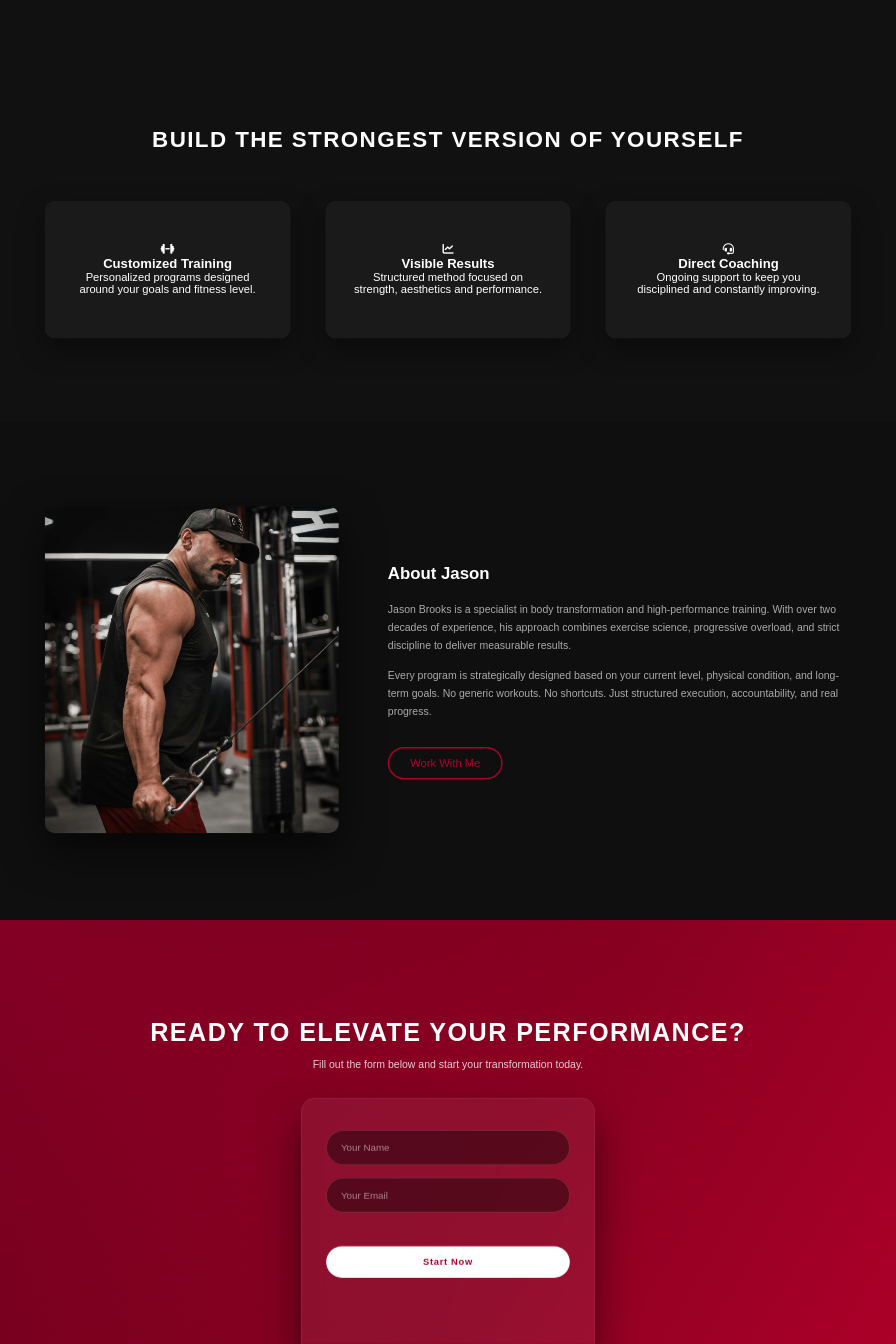
Repository: davidfsillva/Jason-Brooks
Page: index.html
An editor plug-in stored every save of this project. The page is shown before and after the next save, followed by the edit.
The browser window is 1280 px wide. The pictures show the part of the page from y = 916 to 2836 px (the page is 3072 px tall), at 70% of full size.
Some web fonts or font styles are not loaded; a fallback is used.

Above is the page before, as saved 2026-02-21 18:18:18.

### index.html
<!DOCTYPE html>
<html lang="en">
<head>
    <!-- META SEO -->
    <meta charset="UTF-8">
    <meta name="viewport" content="width=device-width, initial-scale=1.0">

    <title>Axon Performance | Personal Trainer</title>
    <meta name="description" content="Personal trainer focused on performance, aesthetics and real physical transformation. Customized training programs for serious results.">

    <!-- Open Graph -->
    <meta property="og:title" content="Axon Performance | Personal Trainer">
    <meta property="og:description" content="Customized training programs focused on performance and transformation.">
    <meta property="og:type" content="website">
    <meta property="og:image" content="https://yourdomain.com/preview.jpg">

    <!-- Font Awesome (removido duplicado) -->
    <link rel="stylesheet" href="https://cdnjs.cloudflare.com/ajax/libs/font-awesome/6.5.1/css/all.min.css">

    <!-- Canonical -->
    <link rel="canonical" href="https://yourdomain.com/">

    <!-- CSS -->
    <link rel="stylesheet" href="style.css">

    <!-- JS -->
    <script src="script.js" defer></script>
</head>

<body>

    <!-- ================= HEADER ================= -->
    <header class="header">
        <div class="container nav-container">
            <div class="logo">JASON BROOKS </div>

            <nav class="nav" id="nav">
                <a href="#home" class="active">Home</a>
                <a href="#benefits">Benefits</a>
                <a href="#about">About</a>
                <a href="#contact">Contact</a>
            </nav>

            <button
                class="menu-toggle"
                id="menu-toggle"
                aria-label="Toggle navigation menu"
                aria-expanded="false">

                <span class="hamburger">
                    <span></span>
                    <span></span>
                    <span></span>
                </span>

            </button>
        </div>
    </header>

    <!-- ================= HERO ================= -->
    <section class="hero" id="home">

        <div class="hero-overlay"></div>

        <div class="hero-content">

            <h1>PERSONAL<br>TRAINER</h1>

            <p class="hero-small">Where Discipline Meets Performance</p>

            <p class="hero-sub">Elite Personal Training Experience</p>
            <a href="#" class="btn-primary">Start Now</a>
        </div>

    </section>

    <!-- ================= STATS ================= -->
    <section class="stats">
        <div class="container stats-grid">
            <div class="stat-item">
                <h3>+150</h3>
                <p>Clients Transformed</p>
            </div>
            <div class="stat-item">
                <h3>25+</h3>
                <p>Years Experience</p>
            </div>
            <div class="stat-item">
                <h3>100%</h3>
                <p>Commitment to Results</p>
            </div>
        </div>
    </section>

    <!-- ================= BENEFITS ================= -->
    <section class="benefits" id="benefits">
        <div class="container">
            <h2 class="section-title fade-in">Build the Strongest Version of Yourself</h2>

            <div class="benefits-grid">

                <div class="benefit-card fade-in">
                    <i class="fa-solid fa-dumbbell"></i>
                    <h3>Customized Training</h3>
                    <p>Personalized programs designed around your goals and fitness level.</p>
                </div>

                <div class="benefit-card fade-in">
                    <i class="fa-solid fa-chart-line"></i>
                    <h3>Visible Results</h3>
                    <p>Structured method focused on strength, aesthetics and performance.</p>
                </div>

                <div class="benefit-card fade-in">
                    <i class="fa-solid fa-headset"></i>
                    <h3>Direct Coaching</h3>
                    <p>Ongoing support to keep you disciplined and constantly improving.</p>
                </div>

            </div>
        </div>
    </section>

    <!-- ================= ABOUT ================= -->
    <section class="about" id="about">
        <div class="container about-container fade-in">

            <div class="about-image">
                <img src="img/hero2.webp" alt="Professional personal trainer coaching client">
            </div>

            <div class="about-text">
                <h2>About Jason </h2>
                <p>
                    Jason Brooks is a specialist in body transformation and high-performance training.
                    With over two decades of experience, his approach combines exercise science,
                    progressive overload, and strict discipline to deliver measurable results.
                </p>
                <p>
                    Every program is strategically designed based on your current level,
                    physical condition, and long-term goals. No generic workouts. No shortcuts.
                    Just structured execution, accountability, and real progress.
                </p>
                <a href="#contact" class="btn-secondary">Work With Me</a>
            </div>

        </div>
    </section>

    <!-- ================= CTA ================= -->
    <section class="cta" id="contact">
        <div class="container fade-in">
            <h2>Ready to Elevate Your Performance?</h2>
            <p>Fill out the form below and start your transformation today.</p>

            <form id="contact-form" class="contact-form" novalidate>
                <input
                    type="text"
                    id="name"
                    placeholder="Your Name"
                    required
                    aria-label="Your Name">

                <input
                    type="email"
                    id="email"
                    placeholder="Your Email"
                    required
                    aria-label="Your Email">

                <button type="submit" class="btn-primary">
                    Start Now
                </button>

                <p id="form-message" role="alert"></p>
            </form>
        </div>
    </section>

    <!-- ================= FOOTER ================= -->
    <footer class="footer">
        <p>© 2026 Jason Brooks - All Rights Reserved</p>
    </footer>

</body>
</html>

### style.css
/* ================= FONT ================= */
@font-face {
    font-family: 'TT Answer';
    src: url('fonts/TTAnswer-Regular.woff2') format('woff2');
    font-weight: 400;
    font-style: normal;
}

@font-face {
    font-family: 'TT Answer';
    src: url('fonts/TTAnswer-Medium.woff2') format('woff2');
    font-weight: 500;
    font-style: normal;
}

@font-face {
    font-family: 'TT Answer';
    src: url('fonts/TTAnswer-Bold.woff2') format('woff2');
    font-weight: 700;
    font-style: normal;
}


/* ================= DESIGN SYSTEM ================= */
:root {
    --primary: #b0002a;
    --primary-light: #d32525;
    --dark: #0f0f0f;
    --dark-light: #1a1a1a;
    --text: #ffffff;
    --text-muted: #aaaaaa;
    --radius: 14px;
    --transition: 0.3s ease;
}


/* ================= RESET ================= */
* {
    margin: 0;
    padding: 0;
    box-sizing: border-box;
}

body {
    font-family: 'TT Answer', sans-serif;
    background: var(--dark);
    color: var(--text);
    scroll-behavior: smooth;
    -webkit-font-smoothing: antialiased;

}

.container {
    width: 90%;
    max-width: 1200px;
    margin: auto;
}


/* ================= HEADER ================= */
header {
    position: fixed;
    top: 0;
    left: 0;
    width: 100%;
    padding: 20px 0;
    background: transparent;
    z-index: 10;
    transition: 0.3s ease;

}

.nav-container {
    display: flex;
    justify-content: space-between;
    align-items: center;
}

.logo {
    font-size: 20px;
    font-weight: 700;
    letter-spacing: 6px;
    text-transform: uppercase;
}

/* ================= MENU PILL ================= */
.nav {
    display: flex;
    align-items: center;
    padding: 6px;
    border-radius: 40px;
    background: rgba(255,255,255,0.08);
    backdrop-filter: blur(12px);
    border: 1px solid rgba(255,255,255,0.15);
}

.nav a {
    text-decoration: none;
    color: white;
    font-size: 13px;
    font-weight: 500;
    padding: 8px 18px;
    border-radius: 30px;
    transition: 0.3s ease;
}

.nav a.active {
    background: rgba(255, 255, 255, 0.185);
    color: white;
}

.nav a:hover {
    color: var(--primary-light);
}

.menu-toggle {
    display: none;
    font-size: 26px;
    cursor: pointer;
}

.header.scrolled {
    background: rgba(0,0,0,0.85);
    padding: 15px 0;
}

/* ================= HAMBURGER PREMIUM ================= */

.menu-toggle {
    background: none;
    border: none;
    cursor: pointer;
    display: none;
    z-index: 1100;
}

.hamburger {
    width: 28px;
    height: 20px;
    position: relative;
    display: flex;
    flex-direction: column;
    justify-content: space-between;
    transition: 0.4s ease;
}

.hamburger span {
    height: 2px;
    width: 100%;
    background: var(--text);
    border-radius: 2px;
    transition: 0.4s ease;
    transform-origin: center;
}

/* ================= ANIMAÇÃO ATIVO ================= */

.menu-toggle.active .hamburger {
    transform: rotate(180deg);
}

.menu-toggle.active .hamburger span:nth-child(1) {
    transform: translateY(9px) rotate(45deg);
}

.menu-toggle.active .hamburger span:nth-child(2) {
    opacity: 0;
}

.menu-toggle.active .hamburger span:nth-child(3) {
    transform: translateY(-9px) rotate(-45deg);
}



/* ================= HERO ================= */
.hero {
    min-height: 100vh;
    width: 100%;
    position: relative;
    display: flex;
    align-items: center;
    justify-content: flex-start;
    padding: 0 8%;
    overflow: hidden;

    background: url("img/herodes2.webp") right center / cover no-repeat;
    animation: heroZoom 8s ease-out forwards;
}

@keyframes heroZoom {
    from {
        background-size: 105%;
    }
    to {
        background-size: 100%;
    }
}

.hero-overlay {
    position: absolute;
    inset: 0;
    z-index: 1;

    background:
        linear-gradient(
            90deg,
            rgba(0,0,0,0.85) 0%,
            rgba(0,0,0,0.75) 35%,
            rgba(0,0,0,0.4) 60%,
            rgba(0,0,0,0.1) 80%,
            rgba(0,0,0,0) 100%
        );
}

/* ================= HERO ANIMATION ================= */

.hero-content {
    position: relative;
    z-index: 2;
}

@keyframes heroReveal {
    to {
        opacity: 1;
        transform: translateY(0);
    }
}

.hero-content h1 {
    font-size: 85px;
    line-height: 1.05;
    animation: glowPulse 3s ease-in-out infinite alternate;
    margin-bottom: 35px;

}

@keyframes glowPulse {
    from {
        text-shadow: 0 0 10px rgba(255,255,255,0.1);
    }
    to {
        text-shadow: 0 0 25px rgba(255,255,255,0.35);
    }
}

.hero-small {
    font-size: 13px;
    letter-spacing: 4px;
    text-transform: uppercase;
    margin-top: 10px;
    margin-bottom: 30px;
    opacity: 0.85;
}


.hero-sub {
    margin: 25px 0;
    font-size: 15px;
    font-weight: 400;
    opacity: 0.9;
}

.hero-image-side {
    flex: 1;
    display: flex;
    justify-content: flex-end;
    align-items: center; /* centraliza verticalmente */
    padding-right: 70px;
}

.hero-image-side img {
    width: 95%;
    max-width: 480px;

    -webkit-mask-image: linear-gradient(
        135deg,
        transparent 0%,
        black 40%,
        black 60%,
        transparent 100%
    );

    mask-image: linear-gradient(
        135deg,
        transparent 0%,
        black 40%,
        black 60%,
        transparent 100%
    );
}




/* ================= BUTTONS ================= */
.btn-primary {
    display: inline-block;
    padding: 14px 36px;
    background: var(--text);
    color: var(--primary);
    text-decoration: none;
    font-weight: 600;
    border-radius: 30px;
    letter-spacing: 1px;
    transition: var(--transition);
        margin-top: 30px;

}

.btn-primary:hover {
    background: var(--primary-light);
    color: white;
    transform: translateY(-3px);
}

.btn-secondary {
    display: inline-block;
    margin-top: 20px;
    padding: 12px 30px;
    border: 2px solid var(--primary);
    color: var(--primary);
    text-decoration: none;
    border-radius: 30px;
    font-weight: 500;
    transition: var(--transition);
}

.btn-secondary:hover {
    background: var(--primary);
    color: white;
}


/* ================= STATS ================= */
.stats {
    background: #111;
    padding: 90px 0;
    text-align: center;
}

.stats-grid {
    display: grid;
    grid-template-columns: repeat(auto-fit, minmax(200px, 1fr));
    gap: 50px;
}

.stat-item h3 {
    font-size: 44px;
    font-weight: 700;
    color: var(--primary-light);
}

.stat-item p {
    margin-top: 10px;
    font-size: 14px;
    color: var(--text-muted);
    letter-spacing: 1px;
}


/* ================= BENEFITS ================= */
.benefits {
    padding: 120px 0;
    background: #111;
    text-align: center;
}

.section-title {
    margin-bottom: 70px;
    font-size: 32px;
    font-weight: 700;
    letter-spacing: 2px;
    text-transform: uppercase;
}

.benefits-grid {
    display: grid;
    grid-template-columns: repeat(auto-fit, minmax(260px, 1fr));
    gap: 50px;
}

.benefit-card {
    background: var(--dark-light);
    padding: 60px 35px;
    border-radius: var(--radius);
    transition: var(--transition);
    box-shadow: 0 15px 40px rgba(0,0,0,0.4);
}

.benefit-card:hover {
    transform: translateY(-10px);
    background: #222;
}

.icon {
    font-size: 32px;
    color: var(--primary-light);
    margin-bottom: 25px;
    transition: 0.3s ease;
}

.benefit-card:hover .icon {
    transform: scale(1.15);
    color: white;
}


/* ================= ABOUT ================= */
.about {
    padding: 120px 0;
    background: var(--dark);
}

.about-container {
    display: flex;
    gap: 70px;
    align-items: center;
    flex-wrap: wrap;
}

.about-image img {
    width: 100%;
    max-width: 420px;
    border-radius: var(--radius);
    box-shadow: 0 25px 60px rgba(0,0,0,0.6);
}

.about-text {
    flex: 1;
}

.about h2 {
    margin-bottom: 25px;
    font-weight: 700;
}

.about p {
    margin-bottom: 18px;
    line-height: 1.7;
    font-size: 15px;
    color: var(--text-muted);
}


/* ================= CTA PREMIUM ================= */
.cta {
    padding: 140px 0;
    background: radial-gradient(circle at top left, rgba(255,0,80,0.25), transparent 60%),
                linear-gradient(120deg, #5a0015, #b0002a);
    text-align: center;
    position: relative;
}

.cta h2 {
    font-size: 36px;
    margin-bottom: 15px;
    letter-spacing: 2px;
    text-transform: uppercase;
}

.cta p {
    color: rgba(255,255,255,0.8);
    margin-bottom: 40px;
    font-size: 15px;
}

/* Card do formulário */
.contact-form {
    background: rgba(255,255,255,0.06);
    backdrop-filter: blur(18px);
    padding: 45px 35px;
    border-radius: 20px;
    display: flex;
    flex-direction: column;
    gap: 18px;
    max-width: 420px;
    margin: auto;
    box-shadow: 0 30px 60px rgba(0,0,0,0.5);
    border: 1px solid rgba(255,255,255,0.08);
}

/* Inputs */
.contact-form input {
    padding: 16px 20px;
    border-radius: 30px;
    border: 1px solid rgba(255,255,255,0.15);
    background: rgba(0,0,0,0.4);
    color: white;
    font-family: 'TT Answer', sans-serif;
    font-size: 14px;
    transition: 0.3s ease;
}

.contact-form input::placeholder {
    color: rgba(255,255,255,0.5);
}

.contact-form input:focus {
    border-color: var(--primary-light);
    box-shadow: 0 0 0 3px rgba(255,45,85,0.2);
    outline: none;
}

/* Botão */
.contact-form button {
    padding: 15px;
    border-radius: 30px;
    border: none;
    background: white;
    color: var(--primary);
    font-weight: 600;
    letter-spacing: 1px;
    cursor: pointer;
    transition: 0.3s ease;
}

.contact-form button:hover {
    background: var(--primary-light);
    color: white;
    transform: translateY(-3px);
    box-shadow: 0 10px 25px rgba(0,0,0,0.4);
}

/* Mensagem */
#form-message {
    margin-top: 12px;
    font-size: 14px;
    color: #ffffffcc;
}


/* ================= FOOTER ================= */
.footer {
    text-align: center;
    padding: 30px;
    background: #000;
    font-size: 13px;
    letter-spacing: 1px;
    color: var(--text-muted);
}


/* ================= ANIMATION ================= */
.fade-in {
    opacity: 0;
    transform: translateY(30px);
    transition: 0.8s ease;
}

.fade-in.visible {
    opacity: 1;
    transform: translateY(0);
}

section {
    scroll-margin-top: 120px;
}


/* ================= RESPONSIVE ================= */

@media (max-width: 768px) {

    /* ===== HERO ESTRUTURA ===== */
    .hero {
        position: relative;
        display: flex;
        flex-direction: column;
        justify-content: center;   /* CENTRALIZA VERTICAL */
        align-items: center;       /* CENTRALIZA HORIZONTAL */
        min-height: 100vh;
        padding: 0 20px;
        text-align: center;
        background: url("img/heromobile.webp") center 35% / cover no-repeat;
    }

    /* ===== FADE PROFISSIONAL CINEMATOGRÁFICO ===== */
    .hero-overlay {
        position: absolute;
        inset: 0;
        background: linear-gradient(
            180deg,
            rgba(0,0,0,0.95) 0%,
            rgba(0,0,0,0.85) 20%,
            rgba(0,0,0,0.35) 45%,
            rgba(0,0,0,0.35) 65%,
            rgba(0,0,0,0.9) 100%
        );
        z-index: 1;
    }

    .hero-content {
        position: relative;
        z-index: 2;
        display: flex;
        flex-direction: column;
        align-items: center;
        justify-content: center;
        gap: 20px;
    }

    /* ===== PERSONAL TRAINER (TOPO) ===== */
    .hero-content h1 {
        font-size: 48px;
        line-height: 1.05;
        letter-spacing: 3px;
        margin-top: 70px;
        text-shadow: 0 5px 20px rgba(0,0,0,0.6);
        text-align: center;
    }

    /* ===== PARTE INFERIOR ===== */
    .hero-small {
        font-size: 11px;
        letter-spacing: 2px;
        margin-bottom: -25px;
        opacity: 0.9;
        text-align: center;
        margin-top: 140px;

    }

    .hero-sub {
        font-size: 15px;
        margin-bottom: 25px;
        opacity: 0.95;
        text-align: center;

    }

    /* ===== BOTÃO MAIS LARGO ===== */
    .btn-primary {
        width: 80%;
        max-width: 300px;
        padding: 16px 0;
        font-size: 15px;
        border-radius: 40px;
        text-align: center;
    }

    /* ===== MENU MOBILE ===== */
    .nav {
        position: absolute;
        top: 80px;
        right: 0;
        background: black;
        flex-direction: column;
        width: 220px;
        padding: 25px;
        display: none;
    }

    .nav.active {
        display: flex;
    }

    .menu-toggle {
        display: block;
    }

    /* ===== ABOUT RESPONSIVO ===== */
    .about-container {
        flex-direction: column;
        text-align: center;
    }
}

### script.js
// ================= MENU MOBILE =================
const toggle = document.getElementById("menu-toggle");
const nav = document.getElementById("nav");
const icon = toggle.querySelector("i");

toggle.addEventListener("click", () => {

    const isActive = nav.classList.toggle("active");

    toggle.classList.toggle("active");
    toggle.setAttribute("aria-expanded", isActive);

    // Troca ícone
    if (isActive) {
        icon.classList.remove("fa-bars");
        icon.classList.add("fa-xmark");
    } else {
        icon.classList.remove("fa-xmark");
        icon.classList.add("fa-bars");
    }
});

// ================= HEADER SCROLL EFFECT =================
const header = document.querySelector(".header");

if (header) {
    window.addEventListener("scroll", () => {
        header.classList.toggle("scrolled", window.scrollY > 50);
    });
}


/*
IMPORTANTE:
Adicione isso no CSS:

.header.scrolled {
    background: rgba(0,0,0,0.85);
    padding: 15px 0;
}
*/


// ================= SCROLL REVEAL =================
const faders = document.querySelectorAll(".fade-in");

if ("IntersectionObserver" in window && faders.length > 0) {

    const appearOptions = {
        threshold: 0.15,
        rootMargin: "0px 0px -50px 0px"
    };

    const appearOnScroll = new IntersectionObserver((entries, observer) => {
        entries.forEach(entry => {

            if (!entry.isIntersecting) return;

            entry.target.classList.add("visible");
            observer.unobserve(entry.target);

        });
    }, appearOptions);

    faders.forEach((el, index) => {
        el.style.transitionDelay = `${index * 0.1}s`;
        appearOnScroll.observe(el);
    });
}


// ================= FORM VALIDATION =================
const form = document.getElementById("contact-form");
const message = document.getElementById("form-message");

if (form && message) {

    form.addEventListener("submit", function(e){
        e.preventDefault();

        const name = document.getElementById("name").value.trim();
        const email = document.getElementById("email").value.trim();

        const emailRegex = /^[^\s@]+@[^\s@]+\.[^\s@]+$/;

        if (name.length < 3) {
            message.textContent = "Please enter a valid name (min. 3 characters).";
            message.style.color = "yellow";
            return;
        }

        if (!emailRegex.test(email)) {
            message.textContent = "Please enter a valid email address.";
            message.style.color = "yellow";
            return;
        }

        message.textContent = "Message sent successfully!";
        message.style.color = "lightgreen";

        form.reset();
    });
}

const sections = document.querySelectorAll("section");
const navLinks = document.querySelectorAll(".nav a");

window.addEventListener("scroll", () => {
  let current = "";

  sections.forEach(section => {
    const sectionTop = section.offsetTop - 150;
    if (scrollY >= sectionTop) {
      current = section.getAttribute("id");
    }
  });

  navLinks.forEach(link => {
    link.classList.remove("active");
    if (link.getAttribute("href") === "#" + current) {
      link.classList.add("active");
    }
  });
});

After the next save:
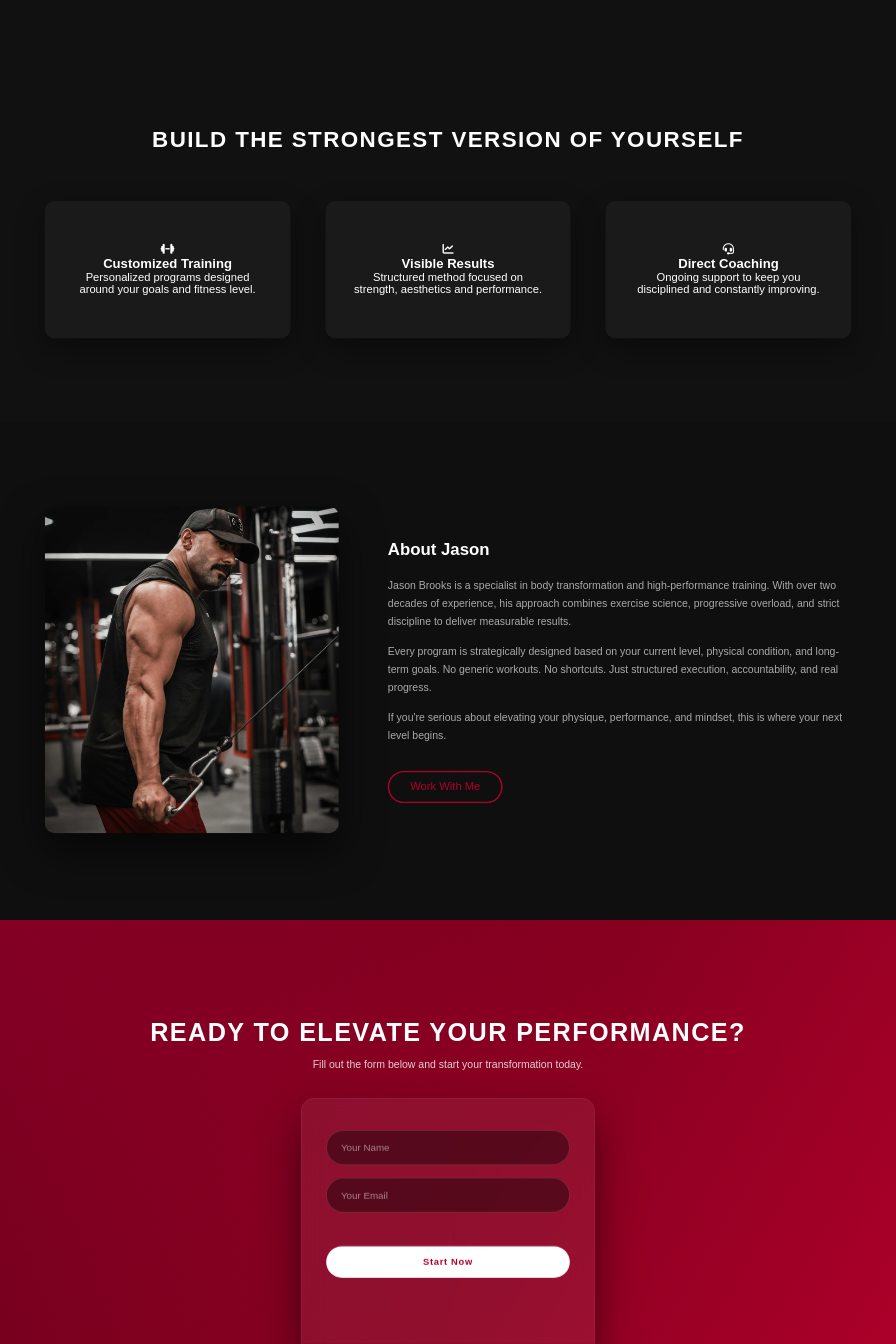
Saved 9 s later.
--- a/index.html
+++ b/index.html
@@ -141,6 +141,11 @@
                     physical condition, and long-term goals. No generic workouts. No shortcuts.
                     Just structured execution, accountability, and real progress.
                 </p>
+
+                <p>
+    If you're serious about elevating your physique, performance, and mindset,
+    this is where your next level begins.
+</p>
                 <a href="#contact" class="btn-secondary">Work With Me</a>
             </div>
 
